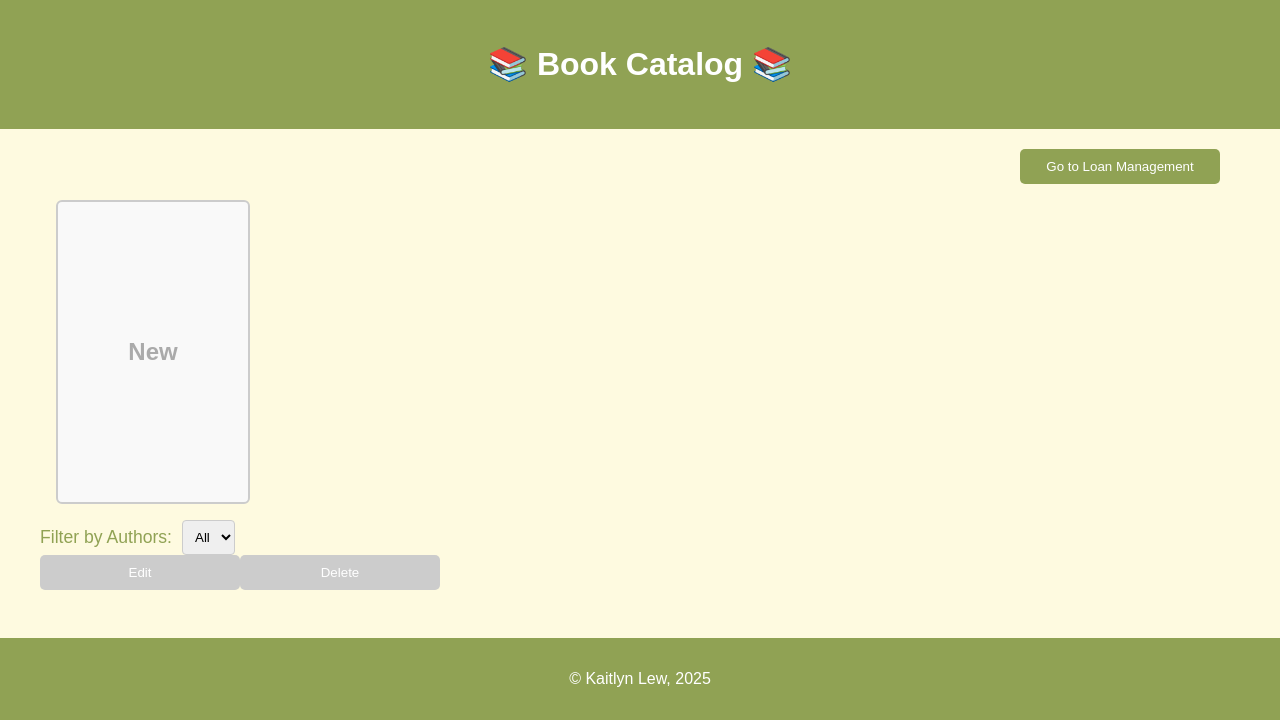
Repository: kaitlynlew/Data-Fetching
Page: /
These files come from the project's save history. The page is drawn as it stood at one moment and after the next save; the edit follows.
The browser window is 1280 px wide. The pictures show the whole page.
The project was rebuilt for these pictures with package versions that can differ from the ones it lists, and the page was loaded fresh each time. Also part of the build but not shown: vite.config.js, src/components/BookCard.jsx, src/components/BookForm.jsx, src/components/BookDetails.jsx, src/components/LoanManager.jsx.

Above is the page before, as saved 2025-11-09 21:53:39.

### index.html
<!doctype html>
<html lang="en">

<head>
  <meta charset="UTF-8" />
  <meta name="viewport" content="width=device-width, initial-scale=1.0" />
  <title>📚 Book Catalog</title>
</head>

<body>
  <div id="root"></div>
  <script type="module" src="/src/main.jsx"></script>
</body>

</html>

### src/App.jsx
import React, { useState, useEffect } from "react";
import Header from "./components/Header";
import BookList from "./components/BookList";
import LoanManager from "./components/LoanManager";
import "./index.css";

const LOCAL_STORAGE_BOOKS_KEY = 'book-catalog-data';
const LOCAL_STORAGE_LOANS_KEY = 'book-loan-data';

function App() {
  const [view, setView] = useState('catalog');

  const [books, setBooks] = useState(() => {
    try {
      const storedBooks = localStorage.getItem(LOCAL_STORAGE_BOOKS_KEY);
      return storedBooks ? JSON.parse(storedBooks) : [];
    } catch (error) {
      console.error("Failed to load books from localStorage:", error);
      return [];
    }
  });

  const [loans, setLoans] = useState(() => {
    try {
      const storedLoans = localStorage.getItem(LOCAL_STORAGE_LOANS_KEY);
      return storedLoans ? JSON.parse(storedLoans) : [];
    } catch (error) {
      console.error("Failed to load loans from localStorage:", error);
      return [];
    }
  });

  useEffect(() => {
    try {
      localStorage.setItem(LOCAL_STORAGE_BOOKS_KEY, JSON.stringify(books));
    } catch (error) {
      console.error("Failed to save books to localStorage:", error);
    }
  }, [books]);

  useEffect(() => {
    try {
      localStorage.setItem(LOCAL_STORAGE_LOANS_KEY, JSON.stringify(loans));
    } catch (error) {
      console.error("Failed to save loans to localStorage:", error);
    }
  }, [loans]);

  const handleAddBook = (newBook) => {
    setBooks(prevBooks => [...prevBooks, newBook]);
  };

  const handleUpdateBook = (updatedBook) => {
    setBooks(prevBooks =>
      prevBooks.map(book => book.isbn13 === updatedBook.isbn13 ? updatedBook : book)
    );
  };

  const handleDeleteBook = (isbn13) => {
    setBooks(prevBooks => prevBooks.filter(book => book.isbn13 !== isbn13));
    setLoans(prevLoans => prevLoans.filter(loan => loan.isbn13 !== isbn13));
  };

  const handleLoanBook = (newLoan) => {
    setLoans(prevLoans => [...prevLoans, newLoan]);
  };

  const currentView = view === 'catalog' ? (
    <BookList
      books={books}
      loans={loans}
      onAddBook={handleAddBook}
      onUpdateBook={handleUpdateBook}
      onDeleteBook={handleDeleteBook}
    />
  ) : (
    <LoanManager
      books={books}
      loans={loans}
      onLoanBook={handleLoanBook}
      onSwitchView={setView}
    />
  );

  return (
    <div className="app">
      <Header />
      <div className="main-content-wrapper">
        <div className="view-switch-container">
          <button
            className="update-btn"
            onClick={() => setView(view === 'catalog' ? 'loans' : 'catalog')}
          >
            {view === 'catalog' ? 'Go to Loan Management' : 'Go to Book Catalog'}
          </button>
        </div>
        {currentView}
      </div>
      <footer className="footer">
        © Kaitlyn Lew, 2025
      </footer>
    </div>
  );
}

export default App;

### src/components/Header.jsx
import React from "react";
import "../index.css";

function Header() {
return (
    <header className="header">
    <h1>📚 Book Catalog 📚</h1>
    </header>
);
}

export default Header;

### src/components/BookList.jsx
// import React, { useState, useMemo } from "react";
// import BookCard from "./BookCard";
// import NewCard from "./NewCard";
// import BookForm from "./BookForm";
// import AuthorFilter from "./AuthorFilter";
// import "../index.css";

// const BookList = ({ books, loans, onAddBook, onUpdateBook, onDeleteBook }) => {
//   const [selectedBookIsbn, setSelectedBookIsbn] = useState(null);
//   const [isEditingModalOpen, setIsEditingModalOpen] = useState(false);
//   const [authorFilter, setAuthorFilter] = useState("");

//   const loanedIsbns = useMemo(() => new Set(loans.map(loan => loan.isbn13)), [loans]);

//   const handleSelect = (isbn13) => {
//     setSelectedBookIsbn(prevIsbn => (prevIsbn === isbn13 ? null : isbn13));
//   };

//   const handleAddBook = onAddBook;

//   const handleDelete = () => {
//     if (!selectedBookIsbn) return;

//     onDeleteBook(selectedBookIsbn);
//     setSelectedBookIsbn(null);
//   };

//   const handleUpdate = (updatedBook) => {
//     onUpdateBook(updatedBook);
//     setSelectedBookIsbn(null);
//   };

// const selectedBookIsOnLoan = selectedBookIsbn && loanedIsbns.has(selectedBookIsbn);

// const handleEditClick = () => {
//     if (selectedBookIsbn && !selectedBookIsOnLoan) {
//         setIsEditingModalOpen(true);
//     }
// };

//   const selectedBook = useMemo(() => {
//     return books.find(book => book.isbn13 === selectedBookIsbn);
//   }, [books, selectedBookIsbn]);

//   const uniqueAuthors = useMemo(() => {
//     const authors = books.map(book => book.author).filter(Boolean);
//     return [...new Set(authors)].sort();
//   }, [books]);

//   const handleFilterChange = (e) => {
//     setAuthorFilter(e.target.value);
//     setSelectedBookIsbn(null);
//   };

//   const filteredBooks = useMemo(() => {
//     return books.filter(book => {
//       if (authorFilter === "") return true;
//       return book.author === authorFilter;
//     });
//   }, [books, authorFilter]);

//   return (
//     <div className="booklist">
//       <div className="filter-and-list">
//         <AuthorFilter
//           uniqueAuthors={uniqueAuthors}
//           authorFilter={authorFilter}
//           onFilterChange={handleFilterChange}
//         />
//       </div>

//     <div className="booklist-layout">

//       <div className="controls-panel">

//             <NewCard
//                 addBook={handleAddBook}
//             />

//             <div className="action-buttons">
//                 <button
//                     onClick={handleEditClick}
//                     disabled={!selectedBookIsbn || selectedBookIsOnLoan}
//                     className="update-btn"
//                     title={selectedBookIsOnLoan ? "Cannot edit a book that is on loan." : "Edit Book"}
//                 >
//                     Edit
//                 </button>

//                 <button
//                     onClick={handleDelete}
//                     disabled={!selectedBookIsbn || selectedBookIsOnLoan}
//                     className="delete-btn"
//                     title={selectedBookIsOnLoan ? "Cannot delete a book that is on loan." : "Delete Book"}
//                 >
//                     Delete
//                 </button>
//             </div>

//           </div>

//           <div className="books-grid">

//               {filteredBooks.map((book) => (
//                   <BookCard
//                       key={book.isbn13}
//                       {...book}
//                       selected={book.isbn13 === selectedBookIsbn}
//                       onSelect={() => handleSelect(book.isbn13)}
//                       isLoaned={loanedIsbns.has(book.isbn13)}
//                   />
//               ))}
//           </div>

//           {isEditingModalOpen && selectedBook && (
//             <BookForm
//               onSubmit={handleUpdate}
//               initialData={selectedBook}
//               isEditing={true}
//               closeModal={() => setIsEditingModalOpen(false)}
//             />
//           )}
//       </div>
//     </div>

//   );
// };

// export default BookList;

import React, { useState, useMemo } from "react";
import BookCard from "./BookCard";
import NewCard from "./NewCard";
import BookForm from "./BookForm";
import AuthorFilter from "./AuthorFilter";
import BookDetails from "./BookDetails"; // <-- Import new component
import "../index.css";

const BookList = ({ books, loans, onAddBook, onUpdateBook, onDeleteBook }) => {
  const [selectedBookIsbn, setSelectedBookIsbn] = useState(null);
  const [isEditingModalOpen, setIsEditingModalOpen] = useState(false);
  const [authorFilter, setAuthorFilter] = useState("");
  // New state to track the book being viewed in detail
  const [detailedBookIsbn, setDetailedBookIsbn] = useState(null);

  const loanedIsbns = useMemo(() => new Set(loans.map(loan => loan.isbn13)), [loans]);

  const handleSelect = (isbn13) => {
    // Prevent selection change if the details view is active
    if (detailedBookIsbn) return;
    setSelectedBookIsbn(prevIsbn => (prevIsbn === isbn13 ? null : isbn13));
  };

  // Handler to open the details view
  const handleViewDetails = (isbn13) => {
      setDetailedBookIsbn(isbn13);
      setSelectedBookIsbn(null); // Clear selection when viewing details
  };

  // Handler to close the details view
  const handleCloseDetails = () => {
      setDetailedBookIsbn(null);
  };

  const handleAddBook = onAddBook;

  const handleDelete = () => {
    if (!selectedBookIsbn) return;

    onDeleteBook(selectedBookIsbn);
    setSelectedBookIsbn(null);
  };

  const handleUpdate = (updatedBook) => {
    onUpdateBook(updatedBook);
    setSelectedBookIsbn(null);
  };

const selectedBookIsOnLoan = selectedBookIsbn && loanedIsbns.has(selectedBookIsbn);

const handleEditClick = () => {
    if (selectedBookIsbn && !selectedBookIsOnLoan) {
        setIsEditingModalOpen(true);
    }
};

  const selectedBook = useMemo(() => {
    return books.find(book => book.isbn13 === selectedBookIsbn);
  }, [books, selectedBookIsbn]);

  // Find the book data for the details view
  const detailedBook = useMemo(() => {
    return books.find(book => book.isbn13 === detailedBookIsbn);
  }, [books, detailedBookIsbn]);

  const uniqueAuthors = useMemo(() => {
    const authors = books.map((book) => book.author).filter(Boolean);
    return [...new Set(authors)].sort();
  }, [books]);

  const filteredBooks = useMemo(() => {
    return books.filter((book) =>
      !authorFilter || book.author === authorFilter
    );
  }, [books, authorFilter]);

  const handleFilterChange = (e) => {
      setAuthorFilter(e.target.value);
      setSelectedBookIsbn(null);
  };


  // --- Conditional Rendering for BookDetails ---
  if (detailedBook) { // If a book is selected for details, render BookDetails
      return <BookDetails book={detailedBook} onClose={handleCloseDetails} />;
  }
  // --- End Conditional Rendering ---


  return (
    <div className="book-list-container">
      <div className="book-actions">

          {/* NewCard is for adding new books */}
          <NewCard addBook={handleAddBook} />

          <div className="actions">

              <AuthorFilter
                  uniqueAuthors={uniqueAuthors}
                  authorFilter={authorFilter}
                  onFilterChange={handleFilterChange}
              />

              {/* Existing edit/delete buttons */}
              <button
                  onClick={handleEditClick}
                  disabled={!selectedBookIsbn || selectedBookIsOnLoan}
                  className="update-btn"
                  title={selectedBookIsOnLoan ? "Cannot edit a book that is on loan." : "Edit Book"}
              >
                  Edit
              </button>

              <button
                  onClick={handleDelete}
                  disabled={!selectedBookIsbn || selectedBookIsOnLoan}
                  className="delete-btn"
                  title={selectedBookIsOnLoan ? "Cannot delete a book that is on loan." : "Delete Book"}
              >
                  Delete
              </button>
          </div>

        </div>

        <div className="books-grid">

            {filteredBooks.map((book) => (
                <BookCard
                    key={book.isbn13}
                    {...book}
                    selected={book.isbn13 === selectedBookIsbn}
                    onSelect={() => handleSelect(book.isbn13)}
                    isLoaned={loanedIsbns.has(book.isbn13)}
                    onViewDetails={() => handleViewDetails(book.isbn13)} // <-- New prop
                />
            ))}
        </div>

        {isEditingModalOpen && selectedBook && (
          <BookForm
            onSubmit={handleUpdate}
            initialData={selectedBook}
            isEditing={true}
            closeModal={() => setIsEditingModalOpen(false)}
          />
        )}
    </div>

  );
};

export default BookList;

### src/index.css
body {
    background-color: #fefae0;
    font-family: sans-serif;
    margin: 0;
    padding: 0;
}

.app {
    min-height: 100vh;
    display: flex;
    flex-direction: column;
}

.header {
    margin: 0;
    color: white;
    text-align: center;
    background-color: #90a254;
    padding: 1.5rem;
}

.footer {
    margin-top: auto;
    background-color: #90a254;
    color: white;
    text-align: center;
    padding: 2rem;
}

.main-content-wrapper {
    max-width: 1200px;
    margin: 0 auto;
    width: 100%;
    flex-grow: 1;
}

.view-switch-container {
    padding: 20px 20px 0 20px;
    text-align: right;
}

/* New Card css ---------------------------------------- */

.new-card {
    width: 170px;
    height: 280px;
    display: flex;
    align-items: center;
    justify-content: center;
    border: 2.5px solid #ccc;
    border-radius: 6px;
    background-color: #f9f9f9;
    color: #aaa;
    font-size: 1.5rem;
    font-weight: bold;
    padding: 10px;
    text-align: center;
    position: relative;
    overflow: hidden;
    margin: 1rem;
    cursor: pointer;
}

.new-card:hover {
    border-color: #90a254;
    color: #90a254;
}

/* Book List css ---------------------------------------- */

.booklist {
    max-width: 1200px;
    margin: 0 auto;
    padding: 0 20px 20px;
    width: 100%;
    box-sizing: border-box;
}

.booklist-layout {
    display: flex;
    gap: 20px;
    margin-top: 20px;
}

.books-grid {
    display: flex;
    flex-wrap: wrap;
    justify-content: flex-start;
    flex-grow: 1;
}

.filter-and-list {
    display: flex;
    justify-content: space-between;
    align-items: center;
    padding: 0 10px;
}

.filter {
    color: #90a254;
    font-size: 1.1rem;
    display: flex;
    align-items: center;
    gap: 10px;
}

.filter-btn {
    padding: 8px;
    border: 1px solid #ccc;
    border-radius: 4px;
    cursor: pointer;
}

/* Modal and Form css ---------------------------------------- */

.modal-container {
    position: fixed;
    top: 0;
    left: 0;
    width: 100%;
    height: 100%;
    background-color: rgba(0, 0, 0, 0.5);
    display: flex;
    justify-content: center;
    align-items: center;
    z-index: 1000;
}

.modal-form {
    background-color: #fdf4db;
    padding: 30px;
    border-radius: 8px;
    width: 400px;
    max-width: 90%;
    box-shadow: 0 4px 6px rgba(0, 0, 0, 0.1);
}

.modal-form h2 {
    color: #90a254;
    margin-top: 0;
    border-bottom: 2px solid #90a254;
    padding-bottom: 10px;
    margin-bottom: 20px;
}

.modal-form input,
.modal-form select {
    padding: 10px;
    border: 1px solid #ccc;
    border-radius: 5px;
    width: 100%;
    box-sizing: border-box;
}

.save-btn {
    width: 100%;
    padding: 10px;
    background: #90a254;
    color: white;
    border: none;
    border-radius: 5px;
    cursor: pointer;
    margin-top: 15px;
}

.form-control {
    display: flex;
    align-items: center;
    margin-bottom: 15px;
    gap: 10px;
}

.form-control label {
    width: 150px;
    flex-shrink: 0;
}

/* Book Card css ---------------------------------------- */

.book-card {
    width: 170px;
    height: 280px;
    border: 2.5px solid #90a254;
    border-radius: 6px;
    padding: 10px;
    text-align: center;
    position: relative;
    display: flex;
    flex-direction: column;
    justify-content: space-between;
    margin: 1rem;
    align-items: center;
    overflow: hidden;
    cursor: pointer;
}

.book-image {
    width: 100%;
    height: 150px;
    object-fit: cover;
}

.book-card.selected {
    border: 2.5px solid #657337;
    background-color: #bac989;
}

.book-card.loaned {
    border: 2.5px solid #a81c1c;
    opacity: 0.7;
}

.loan-badge {
    position: absolute;
    top: 10px;
    right: 10px;
    padding: 5px 10px;
    border-radius: 4px;
    background-color: #a81c1c;
    color: white;
    font-weight: bold;
}

.details-btn {
    margin-top: 10px;
    padding: 5px 10px;
    background-color: #657337; /* Matches a primary color */
    color: white;
    border: none;
    border-radius: 4px;
    cursor: pointer;
    font-size: 0.85em;
    transition: background-color 0.2s;
}

.details-btn:hover {
    background-color: #4f5b2c;
}

/* Update and Delete Buttons css ---------------------------------------- */

.controls-panel {
    display: flex;
    flex-direction: column;
    align-items: center;
    gap: 10px;
    padding: 5px;
}

.action-buttons {
    display: flex;
    flex-direction: column;
    gap: 10px;
}

.update-btn, .delete-btn {
    width: 200px;
    padding: 10px;
    background: #90a254;
    color: white;
    border: none;
    border-radius: 5px;
    cursor: pointer;
}

.delete-btn {
    background: #d9534f;
}

.update-btn:disabled, .delete-btn:disabled {
    background: #ccc;
    cursor: not-allowed;
}

/* Loan Manager Styles ---------------------------------------- */

.loan-manager-content {
    max-width: 1200px;
    margin: 20px auto;
    padding: 20px;
    display: flex;
    flex-direction: column;
    gap: 30px;
}

.loan-header-controls {
    display: flex;
    justify-content: flex-start;
}

.loan-list-container {
    background-color: #fdf4db;
    padding: 20px;
    border-radius: 8px;
    border: 1px solid #90a254;
}

.loan-list-container h2 {
    margin-top: 0;
}

.loan-form {
    display: flex;
    flex-direction: column;
    gap: 15px;
}

.loan-form .form-control {
    display: flex;
    flex-direction: column;
    align-items: flex-start;
    gap: 5px;
}

.loan-form .form-control label {
    font-weight: bold;
    color: #657337;
}

.loan-form input[type="text"],
.loan-form input[type="number"],
.loan-form select.filter-btn {
    padding: 8px;
    border: 1px solid #ccc;
    border-radius: 4px;
    width: 100%;
    box-sizing: border-box;
    background-color: white;
}

.loan-list {
    list-style: none;
    padding: 0;
    margin-top: 15px;
}

.loan-item {
    display: flex;
    justify-content: space-between;
    align-items: center;
    padding: 15px 0;
    border-bottom: 1px dashed #90a254;
}

.loan-item:last-child {
    border-bottom: none;
}


/* BookDetails.jsx styles ----------------------------------------*/

.book-details-container {
    padding: 20px;
    background-color: white;
    border-radius: 8px;
    box-shadow: 0 4px 12px rgba(0, 0, 0, 0.1);
    width: 100%;
    max-width: 1000px;
    margin: 20px auto;
}

.dismiss-btn {
    background: none;
    border: 1px solid #ccc;
    color: #666;
    padding: 8px 15px;
    border-radius: 4px;
    cursor: pointer;
    margin-bottom: 20px;
    font-weight: bold;
    transition: all 0.2s;
}

.dismiss-btn:hover {
    background-color: #f0f0f0;
    border-color: #999;
}

.dismiss-btn.bottom {
    display: block;
    margin: 30px auto 0;
    width: 200px;
}

.details-header {
    display: flex;
    gap: 30px;
    margin-bottom: 40px;
    padding-bottom: 20px;
    border-bottom: 1px solid #eee;
}

.details-book-image {
    width: 150px;
    height: auto;
    object-fit: contain;
    border-radius: 4px;
    box-shadow: 0 2px 5px rgba(0, 0, 0, 0.1);
}

.details-info h2 {
    margin-top: 0;
    color: #333;
    font-size: 1.8em;
}

.details-info p {
    margin: 5px 0;
    line-height: 1.4;
}

.similar-books-section h3 {
    border-bottom: 2px solid #90a254;
    padding-bottom: 5px;
    margin-bottom: 20px;
    color: #90a254;
}

.similar-books-grid {
    display: grid;
    grid-template-columns: repeat(auto-fill, minmax(150px, 1fr));
    gap: 20px;
}

.similar-book-card {
    text-align: center;
    padding: 10px;
    border: 1px solid #eee;
    border-radius: 4px;
}

.similar-book-image {
    width: 100px;
    height: 120px;
    object-fit: contain;
    margin-bottom: 10px;
}

.similar-book-card h4 {
    font-size: 1em;
    margin: 0 0 5px 0;
    white-space: nowrap;
    overflow: hidden;
    text-overflow: ellipsis;
}

.similar-book-subtitle {
    font-size: 0.8em;
    color: #999;
}

### src/components/NewCard.jsx
import { useState } from "react";
import "../index.css";
import BookForm from "./BookForm.jsx"

function NewCard({ addBook }) {

    const [isModalOpen, setIsModalOpen] = useState(false);

    function openModal() {
        setIsModalOpen(true);
    }

    function closeModal() {
        setIsModalOpen(false);
    }

    const handleFormSubmit = (data) => {
        addBook(data);
    }

    return(
        <>
            <div className="new-card" onClick={openModal}>
                <span>New</span>
            </div>

            {isModalOpen && (
                <BookForm
                    onSubmit={handleFormSubmit}
                    initialData={null}
                    isEditing={false}
                    closeModal={closeModal}
                />
            )}
        </>
    )
}

export default NewCard;

### src/components/AuthorFilter.jsx
import React from "react";
import "../index.css";

function AuthorFilter({ uniqueAuthors, authorFilter, onFilterChange }) {
    return (
        <div className="filter">
            Filter by Authors:
            <select
                className="filter-btn"
                value={authorFilter}
                onChange={onFilterChange}
            >
                <option value="">All</option>
                {uniqueAuthors.map((author) => (
                    <option key={author} value={author}>
                        {author}
                    </option>
                ))}
            </select>
        </div>
    );
}

export default AuthorFilter;

Loaded but not shown: src/main.jsx (common file)

After the next save:
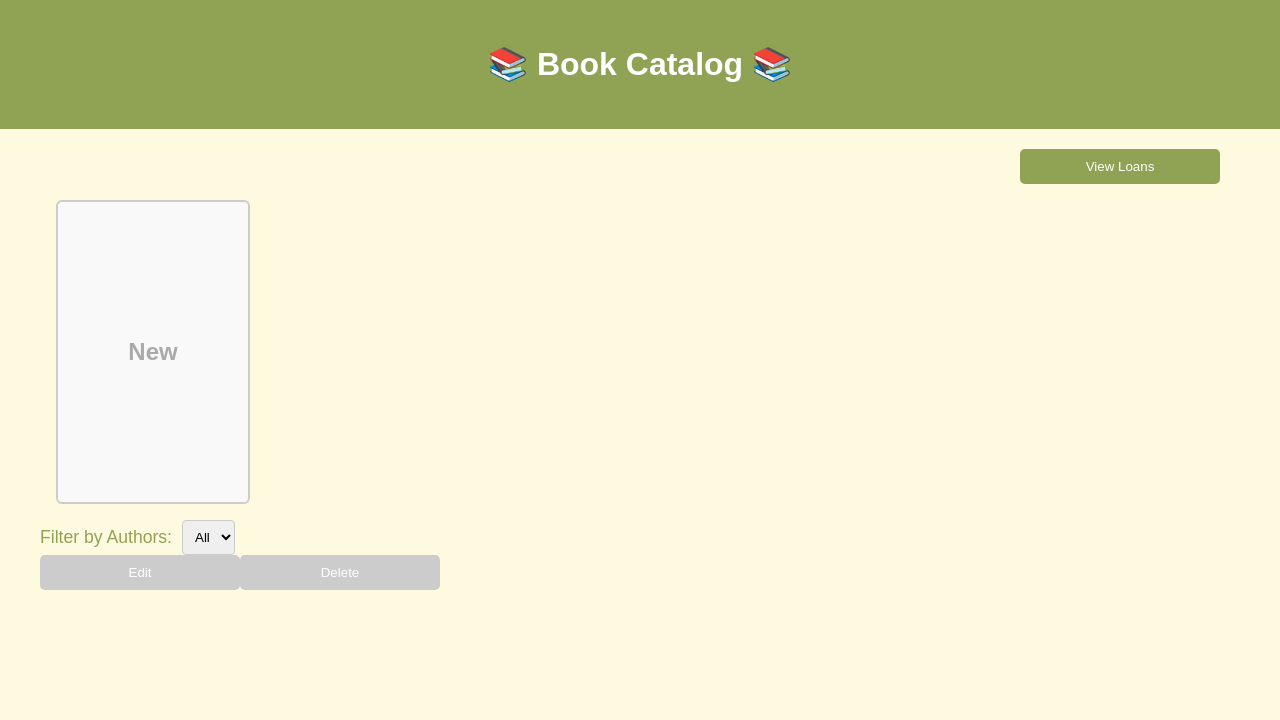
Saved 107 s later.
--- a/src/App.jsx
+++ b/src/App.jsx
@@ -9,6 +9,7 @@ const LOCAL_STORAGE_LOANS_KEY = 'book-loan-data';
 
 function App() {
   const [view, setView] = useState('catalog');
+  const [isDetailsViewActive, setIsDetailsViewActive] = useState(false); // <-- NEW STATE
 
   const [books, setBooks] = useState(() => {
     try {
@@ -65,6 +66,11 @@ function App() {
     setLoans(prevLoans => [...prevLoans, newLoan]);
   };
 
+  // HANDLER TO UPDATE DETAILS VIEW STATE - NEW
+  const handleDetailsViewChange = (isActive) => {
+      setIsDetailsViewActive(isActive);
+  };
+
   const currentView = view === 'catalog' ? (
     <BookList
       books={books}
@@ -72,6 +78,7 @@ function App() {
       onAddBook={handleAddBook}
       onUpdateBook={handleUpdateBook}
       onDeleteBook={handleDeleteBook}
+      onDetailsViewChange={handleDetailsViewChange} // <-- NEW PROP
     />
   ) : (
     <LoanManager
@@ -86,19 +93,21 @@ function App() {
     <div className="app">
       <Header />
       <div className="main-content-wrapper">
-        <div className="view-switch-container">
-          <button
-            className="update-btn"
-            onClick={() => setView(view === 'catalog' ? 'loans' : 'catalog')}
-          >
-            {view === 'catalog' ? 'Go to Loan Management' : 'Go to Book Catalog'}
-          </button>
+        {/* CONDITIONAL RENDERING OF THE VIEW SWITCH BUTTON - UPDATED */}
+        {!isDetailsViewActive && (
+            <div className="view-switch-container">
+                <button
+                    className="update-btn"
+                    onClick={() => setView(view === 'catalog' ? 'loans' : 'catalog')}
+                >
+                    {view === 'catalog' ? 'View Loans' : 'View Catalog'}
+                </button>
+            </div>
+        )}
+        <div className="main-content">
+          {currentView}
         </div>
-        {currentView}
       </div>
-      <footer className="footer">
-        © Kaitlyn Lew, 2025
-      </footer>
     </div>
   );
 }
